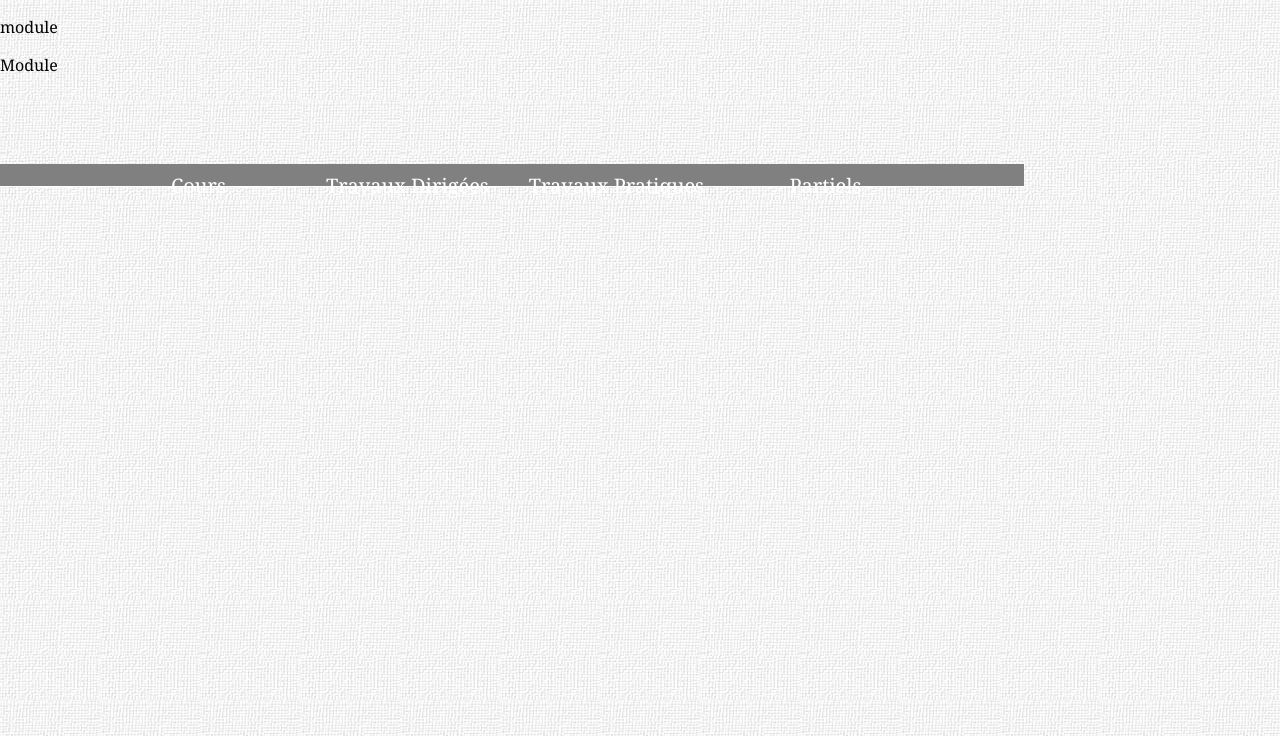
Repository: ValentinArg/PETUT
Page: http://localhost/PETUT/WEB-INF/jsp/eleve/semestre1.jsp
An editor plug-in stored every save of this project. The page is shown before and after the next save, followed by the edit.
The browser window is 1280 px wide. The pictures show the whole page.
After loading, the first visible `#boutonHautBas` was clicked once.
Some web libraries are served in a nearby version. The page is served by Tomcat 9. Nobody is signed in. Other server files are loaded and not shown. The template is opened directly, without the code that normally fills it, so the values that code supplies are empty.

Above is the page before, as saved 2016-10-02 09:43:16.

### PETUT/WebContent/WEB-INF/jsp/eleve/semestre1.jsp
<%@ page language="java" contentType="text/html; charset=ISO-8859-1"
    pageEncoding="ISO-8859-1"%>
<!DOCTYPE html PUBLIC "-//W3C//DTD HTML 4.01 Transitional//EN" "http://www.w3.org/TR/html4/loose.dtd">
<html>
<head>
<meta http-equiv="Content-Type" content="text/html; charset=ISO-8859-1">
<link rel ="stylesheet" href = "/PETUT/css/main.css"/>
<link rel ="stylesheet" href = "/PETUT/css/allSemestres.css"/>
<title>Insert title here</title>
</head>
<body>

	<p class="boutonHautBas" id="boutonHautBas">module</p>
	<jsp:include page="../enTete.jsp"/>
	<div class="navigation" id="navigation">
		<ul>
			<li class="parent" id="parent1"><p class="module">M1101</p></li>
			<li class="parent" id="parent2"><p class="module">M1102</p></li>
			<li class="parent" id="parent1"><p class="module">M1103</p></li>
			<li class="parent" id="parent2"><p class="module">M1104</p></li>
			<li class="parent" id="parent1"><p class="module">M1105</p></li>
			<li class="parent" id="parent2"><p class="module">M1106</p></li>
			<li class="parent" id="parent1"><p class="module">M1107</p></li>
			<li class="parent" id="parent2"><p class="module">M1201</p></li>
			<li class="parent" id="parent1"><p class="module">M1202</p></li>
			<li class="parent" id="parent2"><p class="module">M1203</p></li>
			<li class="parent" id="parent1"><p class="module">M1204</p></li>
			<li class="parent" id="parent2"><p class="module">M1205</p></li>
			<li class="parent" id="parent1"><p class="module">M1206</p></li>
			<li class="parent" id="parent1"><p class="module">Groupe A</p></li>
			<li class="parent" id="parent2"><p class="module">Groupe B</p></li>
			<li class="parent" id="parent1"><p class="module">Groupe C</p></li>
			<li class="parent" id="parent2"><p class="module">Groupe D</p></li>
			<li class="parent" id="parent1"><p class="module">Groupe E</p></li>
			<li class="parent" id="parent2"><p class="module">Groupe F</p></li>
			<li class="parent" id="parent1"><p class="module">Evênement BDE</p></li>

		</ul>

	</div>
	<div class="conteneurGeneral" id="conteneurGeneral">

		<ul class="selection" id="selection">
			<li class=" type"><p>Cours</p></li>
			<li class="type"><p>Travaux Dirigées</p></li>
			<li class="type"><p>Travaux Pratiques</p></li>
			<li class="type"><p>Partiels</p></li>
		</ul>
	</div>
	<script type="text/javascript">

		var haut = false
		function slideUp(){
			if(!haut){
				$('#navigation').slideUp();
				document.getElementById('conteneurGeneral').style.marginLeft="0px"
				haut = true;
			}else{
				$('#navigation').slideDown();
				document.getElementById('conteneurGeneral').style.marginLeft="20%"
				haut = false;
			}
		}

		$( '#boutonHautBas' ).click(function(){
			slideUp()});
	</script>
</body>
</html>

### PETUT/WebContent/WEB-INF/jsp/enTete.jsp
<%@ page language="java" contentType="text/html; charset=ISO-8859-1"
    pageEncoding="ISO-8859-1"%>
<!DOCTYPE html PUBLIC "-//W3C//DTD HTML 4.01 Transitional//EN" "http://www.w3.org/TR/html4/loose.dtd">
<html>
<head>
	<meta http-equiv="Content-Type" content="text/html; charset=ISO-8859-1">
	<title>Insert title here</title>
	<link rel ="stylesheet" href = "/PE2I/css/main.css"/>
	<script src="https://code.jquery.com/jquery-1.12.4.js"></script>
  	<script src="https://code.jquery.com/ui/1.12.1/jquery-ui.js"></script>

</head>
<body>
	<div class=enTete>
		<p class="boutonHautBas" id="boutonHautBas">Module</p>
		<ul class="nav" id="nav">
			<c:forEach var="forum" items="${listeForum}">
				<li class=" partie"><a class="forum" id="${forum.id}"><c:out value="${forum.nom}"/></a></li>
			</c:forEach>
			<!-- <li class="partie" id="banniere"><a>PETUT</a></li>-
			<li class=" partie"><a class="forum" id="1">Cours</a></li>
			<li class="partie"><a class="forum" id="2">Travaux Dirigées</a></li>
			<li class="partie"><a class="forum" id="3">Travaux Pratiques</a></li>
			<li class="partie"><a class="forum" id="4">Partiels</a></li>
			<li class="partie"><a>Mon Compte</a></li>-->
		</ul>
	</div>

</body>
</html>

### PETUT/WebContent/css/main.css
@CHARSET "ISO-8859-1";

@CHARSET "UTF-8";
/* Général ------------------------------------------------------------------------------------- */

html {
  height: 100%;
  box-sizing: border-box;
}

*,
*:before,
*:after {
  box-sizing: inherit;
}

body {
	background-image : url(../images/fond.jpg);
	position: relative;
 	margin: 0;
  padding-bottom: 6rem;
  min-height: 100%;
}

body,p,legend, label, input {
    font: normal 8pt;
    font-family:  Georgia, serif;
}

header img {
	width:470px;
	display:inline;
}
header .logoiut{
	height:135px;
	width:215px;
}
header{

	height:135px;
	margin-left:auto;
	margin-right:auto;
	background-image : url(../images/fondbanniere.jpg);
	width:85%;
	min-width:880px;
}
nav {
	width:85%;
	min-width:880px;
	margin-left:auto;
	margin-right:auto;
	text-align:left;

}
.general{
	width:85%;
	min-width:880px;
	margin-left:auto;
	margin-right:auto;
	background-image:url(../images/fondgeneral.jpg);
	padding-top:30px;
	padding-bottom:10px;
	min-height:69vh;
	margin-bottom:-24px;
}
footer {
	width:85%;
	min-width:880px;
	margin-left:auto;
	margin-right:auto;
	font-size:80%;
	position: absolute;
  	right: 0;
  	bottom: 0;
  	left: 0;
  	padding: 1rem;
  	margin-top:0;
	background-image:url(../images/fondgeneral.jpg);
}

### PETUT/WebContent/css/allSemestres.css
.parent{

	list-style:none;
	font-size:15px;
	cursor:pointer;
	width:100%;
	display:inline-block;

}

.navigation ul{
	width:100%;
	display:inline-block;

}




ul{
	margin:0;
	padding:0;
}

.ue {

	border-top:solid 1px white;
	display:block;
	padding:10px;
	text-align:center;
	background-color:#4CAF50;
	margin:0;
}

.ue:hover{
	color:white;
}

.module p{

	border:none;
	border-bottom:solid 1px white;
	display: block;
	padding:10px;
	text-align:center;
	background-color:#333;
	margin:0;


}

.module p:hover{
	color:white;
	cursor:pointer;
}

.semestres{
	background-color:#4CAF50;

}

a{
	cursor:pointer;
}





body{

	margin:0;
	padding:0;
}



.navigation{

	display:inline-block;
	list-style : none;
	margin:0;
	padding:0;
	position: relative;
	z-index:5;
	width:20%;
	border-bottom:solid 1px white;
	text-align:center;
	height:95.5%;
	max-height:95.3%;
	overflow: auto;


}

.conteneurGeneral{
	text-align:justify;
	display:inline-block;
	height:100%;
	position:relative;
	width: 80%;
	margin:0;
	margin-left:20%;
	padding:0;
	margin-top:50px;
	vertical-align:top;

}

.selection{
	display:block;
	vertical-align:top;
	list-style : none;
	margin:0;
	background: Grey;
	z-index:5;
	height:4.7%;
	border-bottom:solid 1px white;
	text-align: center;

}



.type {
	display: inline-block;
	padding:8px;
	font-size:20px;
	height:20px;
	vertical-align:top;
	width:20%;

}

.type p {
	margin:0;
	padding:0;
	color:white;
	cursor:pointer;
}

.type:hover{
	background:#333;

}

.tableauTopic{
	text-align: center;
	position:relative;
	display:block;

}

After the next save:
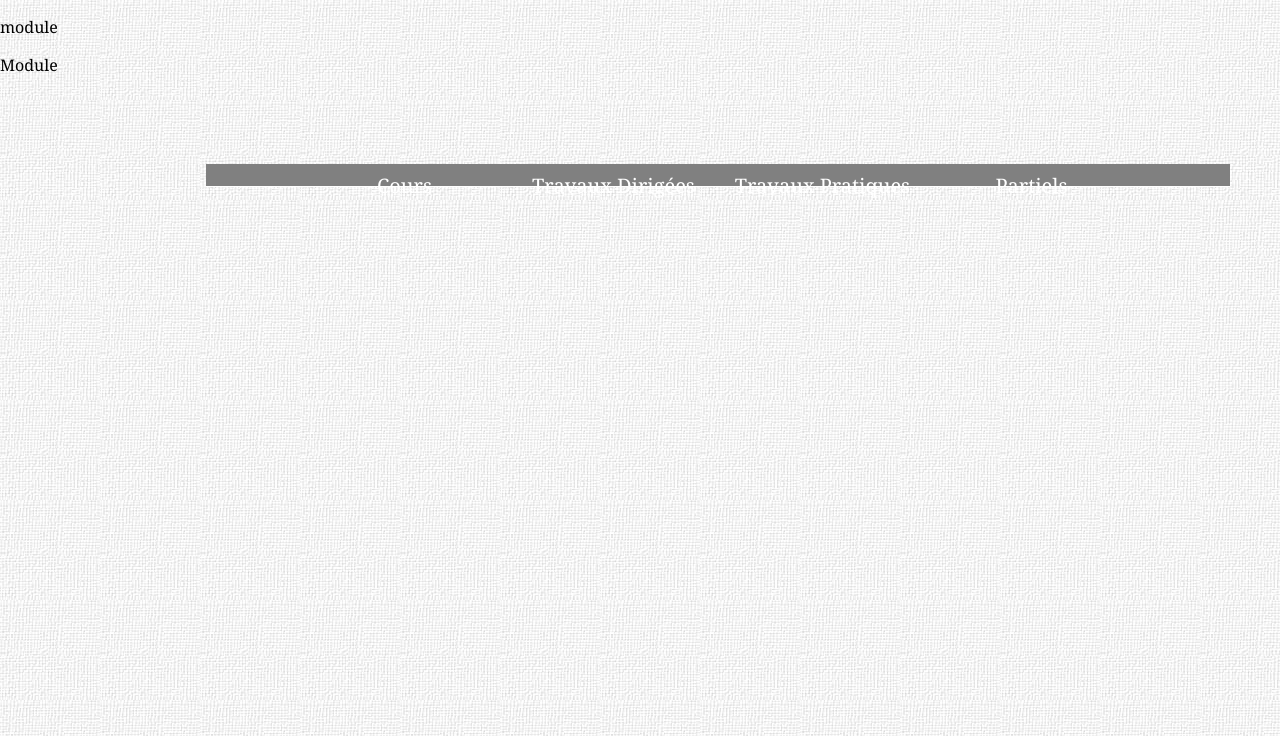
Saved 3 min 20 s later.
--- a/PETUT/WebContent/WEB-INF/jsp/eleve/semestre1.jsp
+++ b/PETUT/WebContent/WEB-INF/jsp/eleve/semestre1.jsp
@@ -53,7 +53,8 @@
 		function slideUp(){
 			if(!haut){
 				$('#navigation').slideUp();
-				document.getElementById('conteneurGeneral').style.marginLeft="0px"
+				//document.getElementById('conteneurGeneral').style.marginLeft="0px"
+				$('#conteneurGeneral').animate({ "left": "-=50px" }, "slow" );
 				haut = true;
 			}else{
 				$('#navigation').slideDown();

After the save that followed:
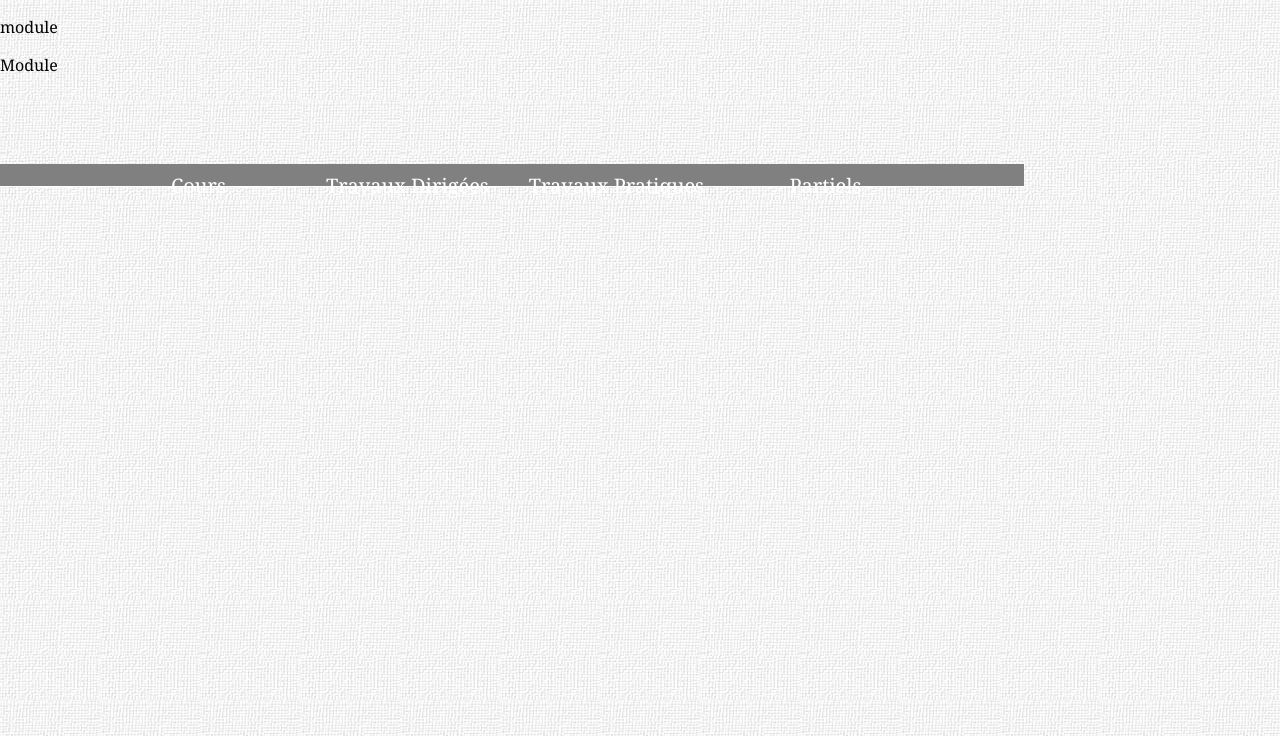
Saved 15 s later.
--- a/PETUT/WebContent/WEB-INF/jsp/eleve/semestre1.jsp
+++ b/PETUT/WebContent/WEB-INF/jsp/eleve/semestre1.jsp
@@ -54,7 +54,7 @@
 			if(!haut){
 				$('#navigation').slideUp();
 				//document.getElementById('conteneurGeneral').style.marginLeft="0px"
-				$('#conteneurGeneral').animate({ "left": "-=50px" }, "slow" );
+				$('#conteneurGeneral').animate({ "left": "-=20%" }, "slow" );
 				haut = true;
 			}else{
 				$('#navigation').slideDown();
